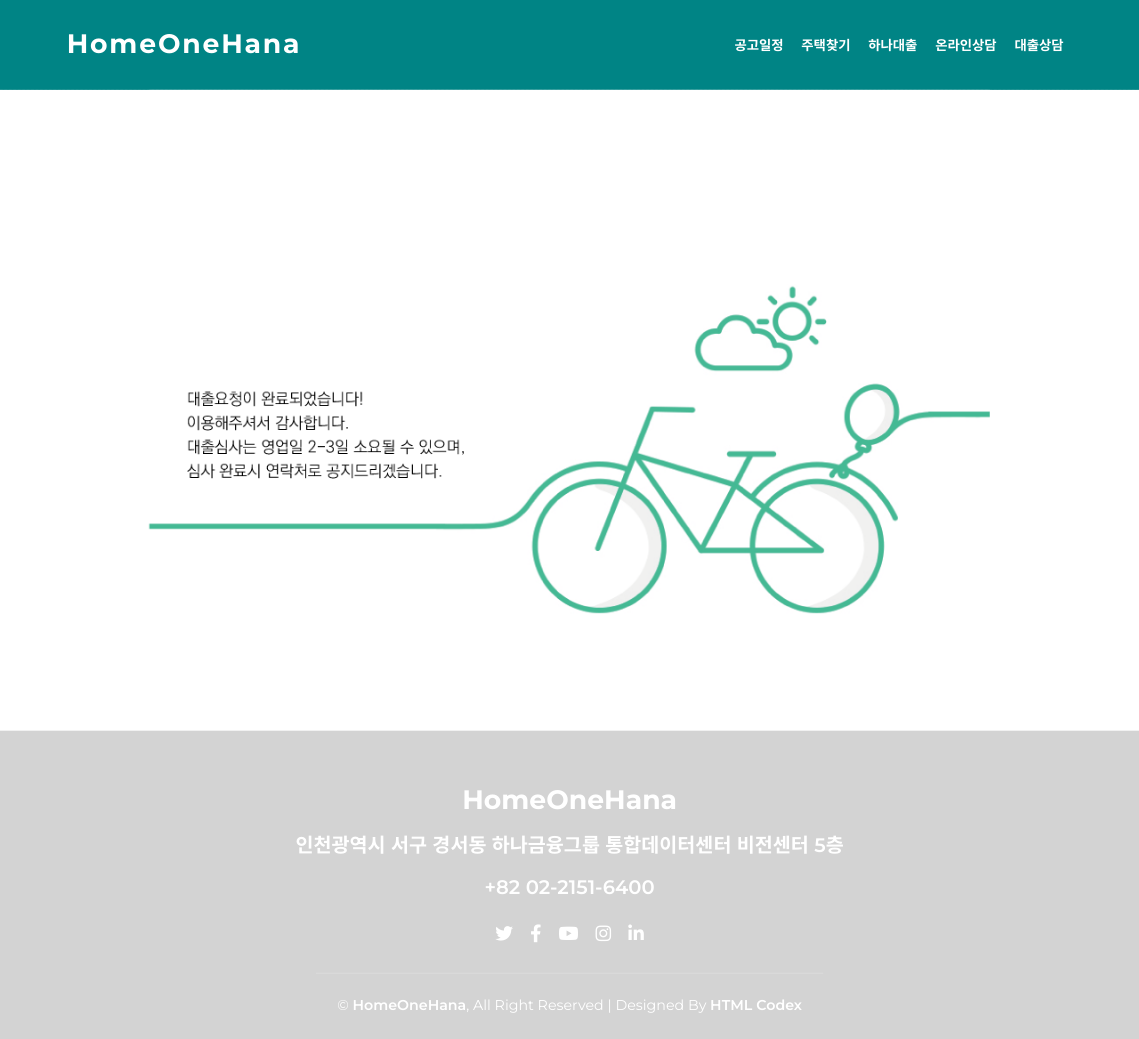
Repository: koposoftware/2021_10_syyoon
Page: http://localhost/HomeOneHana/WEB-INF/jsp/loan/fileresult.jsp
The author's editor kept a copy of each file at every save. The page is drawn from the files as they stood at one save, then again after the next save.
The browser window is 1280 px wide. The pictures show the whole page, at 89% of full size.
Some web libraries are served in a nearby version. The page is served by Tomcat 9. Nobody is signed in. The template is opened directly, without the code that normally fills it, so the values that code supplies are empty.

Above is the page before, as saved 2021-09-22 04:35:27.

After the next save:
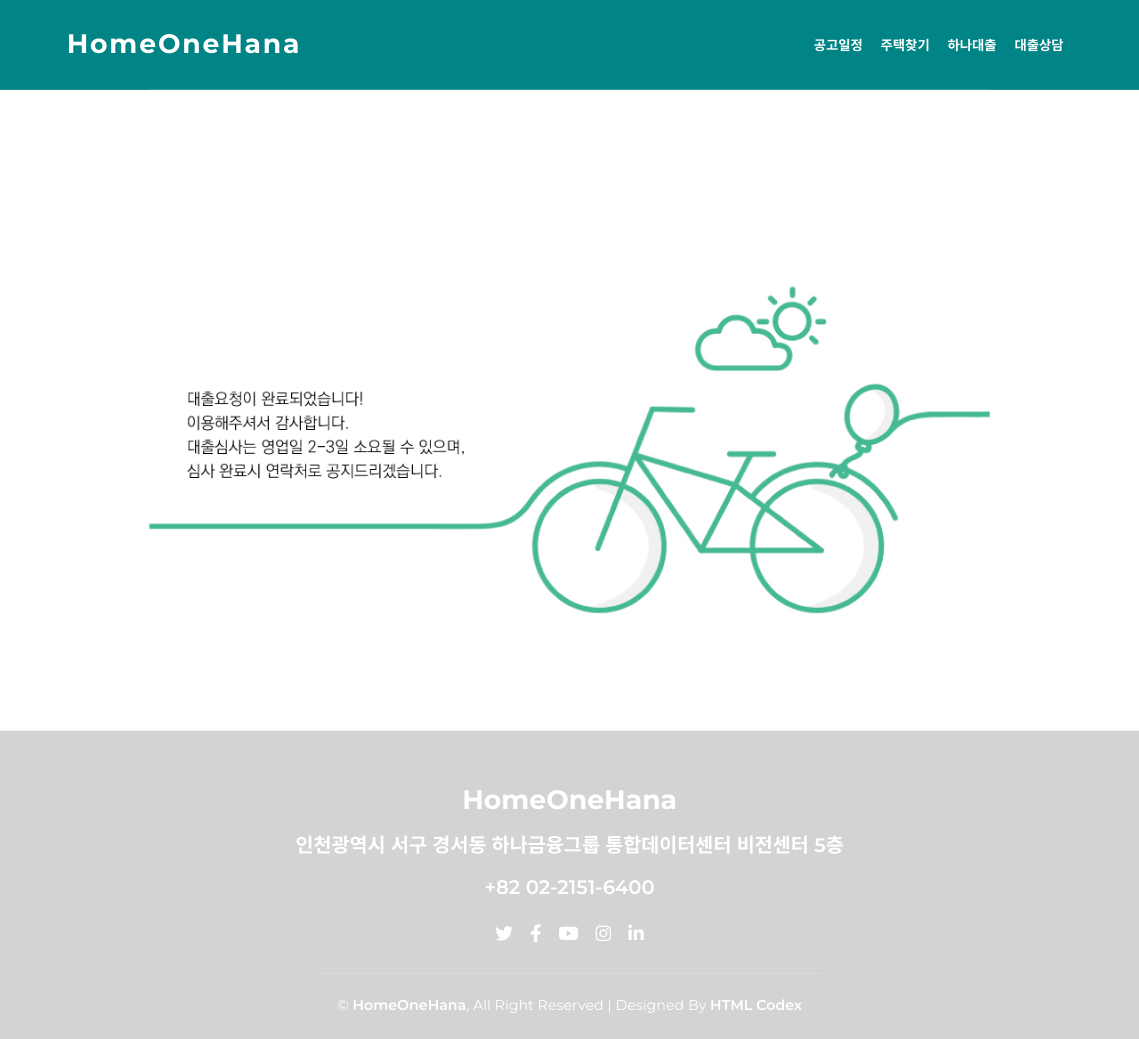
Saved 4 min 26 s later.
--- a/project/Spring-mvc/HomeOneHana/src/main/webapp/WEB-INF/jsp/include/topMenu.jsp
+++ b/project/Spring-mvc/HomeOneHana/src/main/webapp/WEB-INF/jsp/include/topMenu.jsp
@@ -44,7 +44,7 @@
                 <a href="${ pageContext.request.contextPath }/schedule" class="nav-item nav-link">공고일정</a>
                 <a href="${ pageContext.request.contextPath }/search" class="nav-item nav-link">주택찾기</a>
                 <a href="${ pageContext.request.contextPath }/loan" class="nav-item nav-link">하나대출</a>
-                <a href="${ pageContext.request.contextPath }/consult/reservation" class="nav-item nav-link">온라인상담</a>
+
                 <a href="${ pageContext.request.contextPath }/loan/review" class="nav-item nav-link">대출상담</a>
 
 
